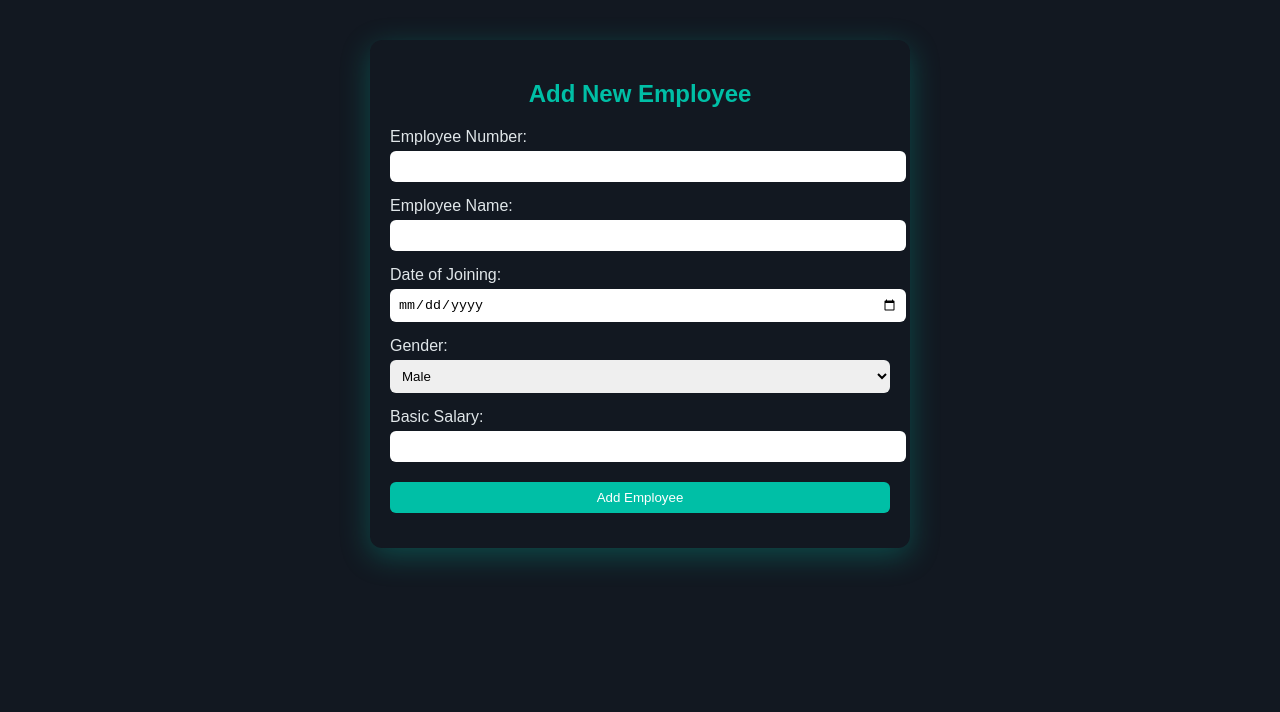
Repository: KUSUMA-74/Advance-JavaProject
Page: http://localhost/EmployeeWebApp/empadd.jsp
These files come from the project's save history. The page is drawn as it stood at one moment and after the next save; the edit follows.
The browser window is 1280 px wide. The pictures show the whole page.
The page is served by Tomcat 9. Other server files are loaded and not shown.

Above is the page before, as saved 2025-05-30 07:47:42.

### EmployeeWebApp/src/main/webapp/empadd.jsp
<%@ page language="java" contentType="text/html; charset=UTF-8" pageEncoding="UTF-8"%>
<!DOCTYPE html>
<html>
<head>
  <meta charset="UTF-8">
  <title>Add Employee</title>
  <style>
    body {
      font-family: 'Arial', sans-serif;
      background: #121821;
      color: #e0e6e9;
      max-width: 500px;
      margin: 40px auto;
      padding: 20px;
      border-radius: 12px;
      box-shadow: 0 8px 30px rgba(0, 191, 166, 0.3);
    }
    h2 {
      text-align: center;
      color: #00bfa6;
    }
    label {
      display: block;
      margin-top: 15px;
    }
    input, select {
      width: 100%;
      padding: 8px;
      margin-top: 5px;
      border-radius: 6px;
      border: none;
    }
    input[type="submit"] {
      margin-top: 20px;
      background: #00bfa6;
      color: white;
      cursor: pointer;
    }
    input[type="submit"]:hover {
      background: #009e8f;
    }
    .msg {
      color: yellow;
      margin-top: 15px;
      text-align: center;
    }
  </style>
</head>
<body>
  <h2>Add New Employee</h2>
  <form action="AddEmployeeServlet" method="post">
    <label>Employee Number:</label>
    <input type="number" name="empno" required />

    <label>Employee Name:</label>
    <input type="text" name="name" required />

    <label>Date of Joining:</label>
    <input type="date" name="doj" required />

    <label>Gender:</label>
    <select name="gender" required>
      <option value="Male">Male</option>
      <option value="Female">Female</option>
    </select>

    <label>Basic Salary:</label>
    <input type="number" step="0.01" name="salary" required />

    <input type="submit" value="Add Employee" />
  </form>

  <div class="msg">
    <%= request.getAttribute("message") != null ? request.getAttribute("message") : "" %>
  </div>
</body>
</html>

After the next save:
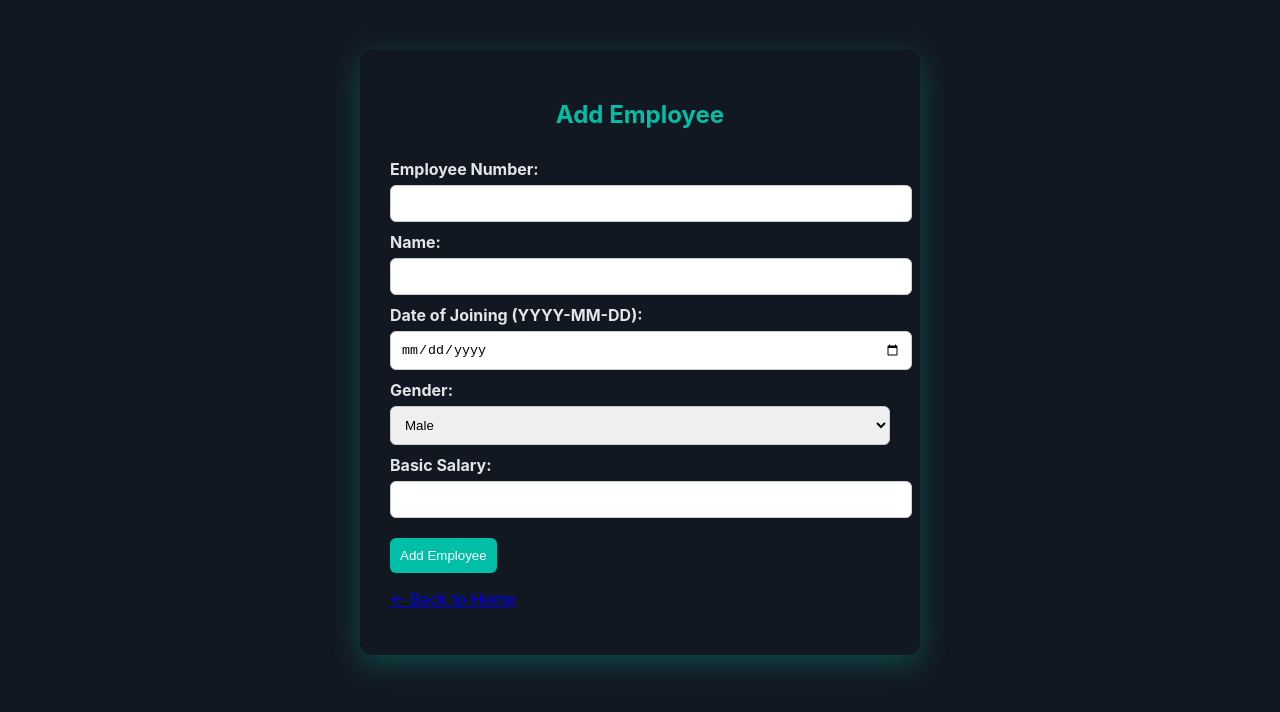
Saved 2 min 57 s later.
--- a/EmployeeWebApp/src/main/webapp/empadd.jsp
+++ b/EmployeeWebApp/src/main/webapp/empadd.jsp
@@ -1,4 +1,4 @@
-<%@ page language="java" contentType="text/html; charset=UTF-8" pageEncoding="UTF-8"%>
+<%@ page language="java" contentType="text/html; charset=UTF-8"%>
 <!DOCTYPE html>
 <html>
 <head>
@@ -6,60 +6,57 @@
   <title>Add Employee</title>
   <style>
     body {
-      font-family: 'Arial', sans-serif;
+      font-family: 'Inter', sans-serif;
       background: #121821;
       color: #e0e6e9;
       max-width: 500px;
-      margin: 40px auto;
-      padding: 20px;
+      margin: 50px auto;
+      padding: 30px;
       border-radius: 12px;
       box-shadow: 0 8px 30px rgba(0, 191, 166, 0.3);
     }
     h2 {
+      color: #00bfa6;
       text-align: center;
-      color: #00bfa6;
+      margin-bottom: 30px;
     }
     label {
+      font-weight: bold;
       display: block;
-      margin-top: 15px;
+      margin-top: 10px;
     }
     input, select {
       width: 100%;
-      padding: 8px;
-      margin-top: 5px;
+      padding: 10px;
+      margin-top: 6px;
       border-radius: 6px;
-      border: none;
+      border: 1px solid #ccc;
     }
-    input[type="submit"] {
+    button {
       margin-top: 20px;
+      padding: 10px;
       background: #00bfa6;
       color: white;
+      border: none;
+      border-radius: 6px;
       cursor: pointer;
-    }
-    input[type="submit"]:hover {
-      background: #009e8f;
-    }
-    .msg {
-      color: yellow;
-      margin-top: 15px;
-      text-align: center;
     }
   </style>
 </head>
 <body>
-  <h2>Add New Employee</h2>
+  <h2>Add Employee</h2>
   <form action="AddEmployeeServlet" method="post">
     <label>Employee Number:</label>
     <input type="number" name="empno" required />
 
-    <label>Employee Name:</label>
+    <label>Name:</label>
     <input type="text" name="name" required />
 
-    <label>Date of Joining:</label>
+    <label>Date of Joining (YYYY-MM-DD):</label>
     <input type="date" name="doj" required />
 
     <label>Gender:</label>
-    <select name="gender" required>
+    <select name="gender">
       <option value="Male">Male</option>
       <option value="Female">Female</option>
     </select>
@@ -67,11 +64,13 @@
     <label>Basic Salary:</label>
     <input type="number" step="0.01" name="salary" required />
 
-    <input type="submit" value="Add Employee" />
+    <button type="submit">Add Employee</button>
   </form>
 
-  <div class="msg">
+  <p style="color:limegreen;">
     <%= request.getAttribute("message") != null ? request.getAttribute("message") : "" %>
-  </div>
+  </p>
+
+  <p><a href="index.jsp">← Back to Home</a></p>
 </body>
 </html>
